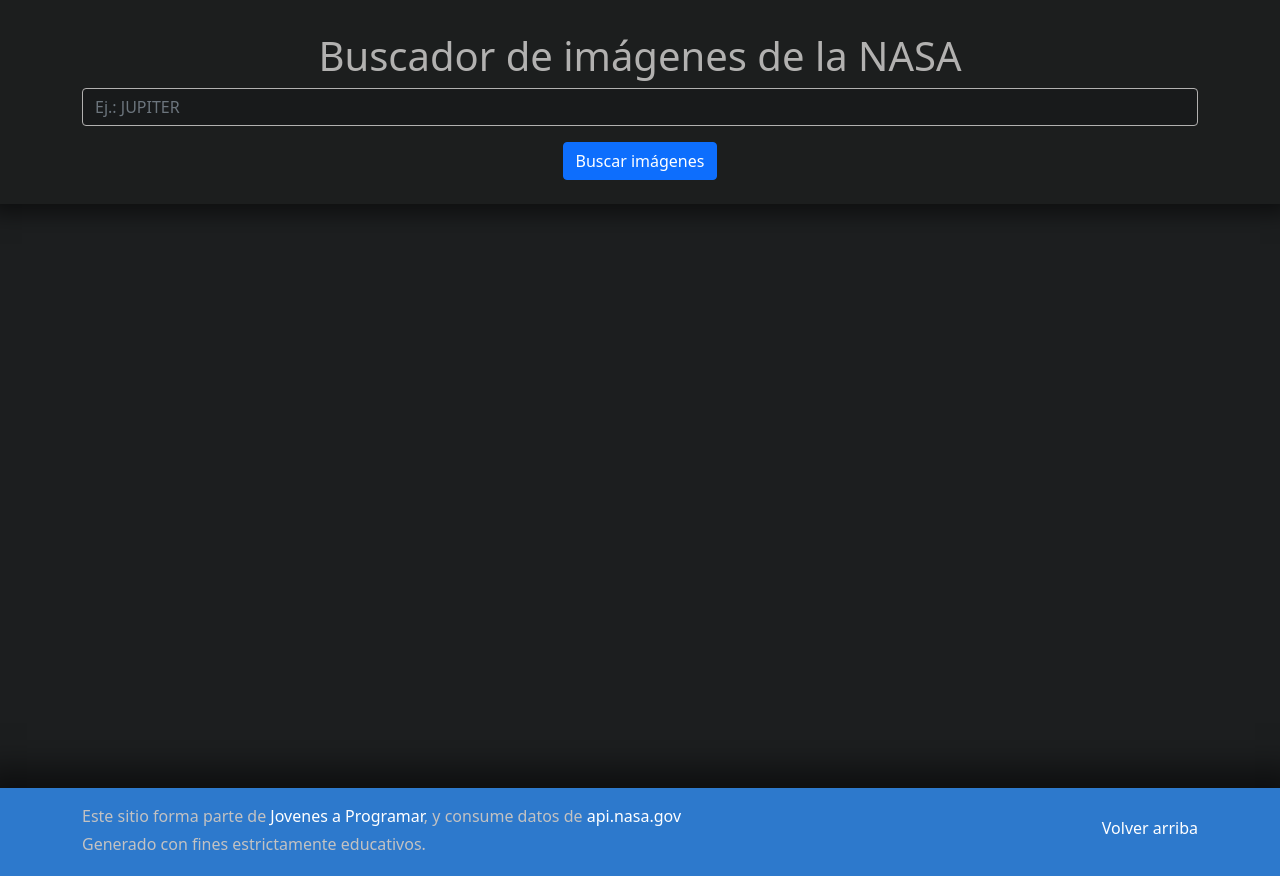
Repository: romancegirl/galaxies
Page: index.html
The author's editor kept a copy of each file at every save. The page is drawn from the files as they stood at one save, then again after the next save.
The browser window is 1280 px wide. The pictures show the whole page.

Above is the page before, as saved 2024-11-30 04:06:05.

After the next save:
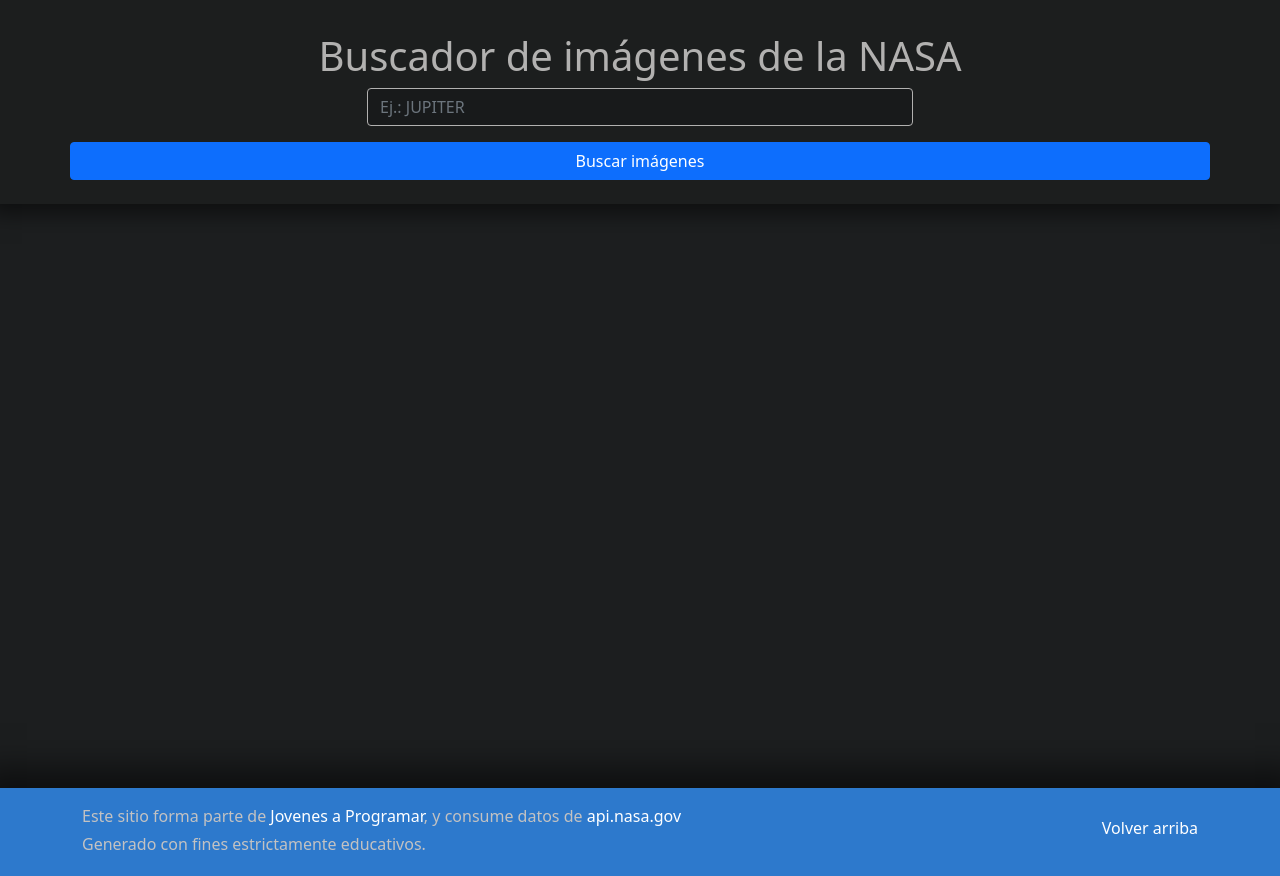
Saved 69 s later.
--- a/index.html
+++ b/index.html
@@ -17,8 +17,9 @@
       <div class="text-center container">
         <div class="row py-lg-3">
           <div class="col-lg-12 mx-auto">
-            <h1 class="fw-light">Buscador de imágenes de la NASA</h1>
-            <input type="search" class="form-control" name="buscar" id="inputBuscar" placeholder="Ej.: JUPITER">
+            <h1 class="fw-light">Buscador de imágenes de la NASA</h1></div>
+            <div class="col-lg-6 col-md-8 mx-auto">
+            <input type="search" class="form-control" name="buscar" id="inputBuscar" placeholder="Ej.: JUPITER"></div>
             <button class="btn btn-primary my-2" id="btnBuscar">Buscar imágenes</button>
           </div>
         </div>
